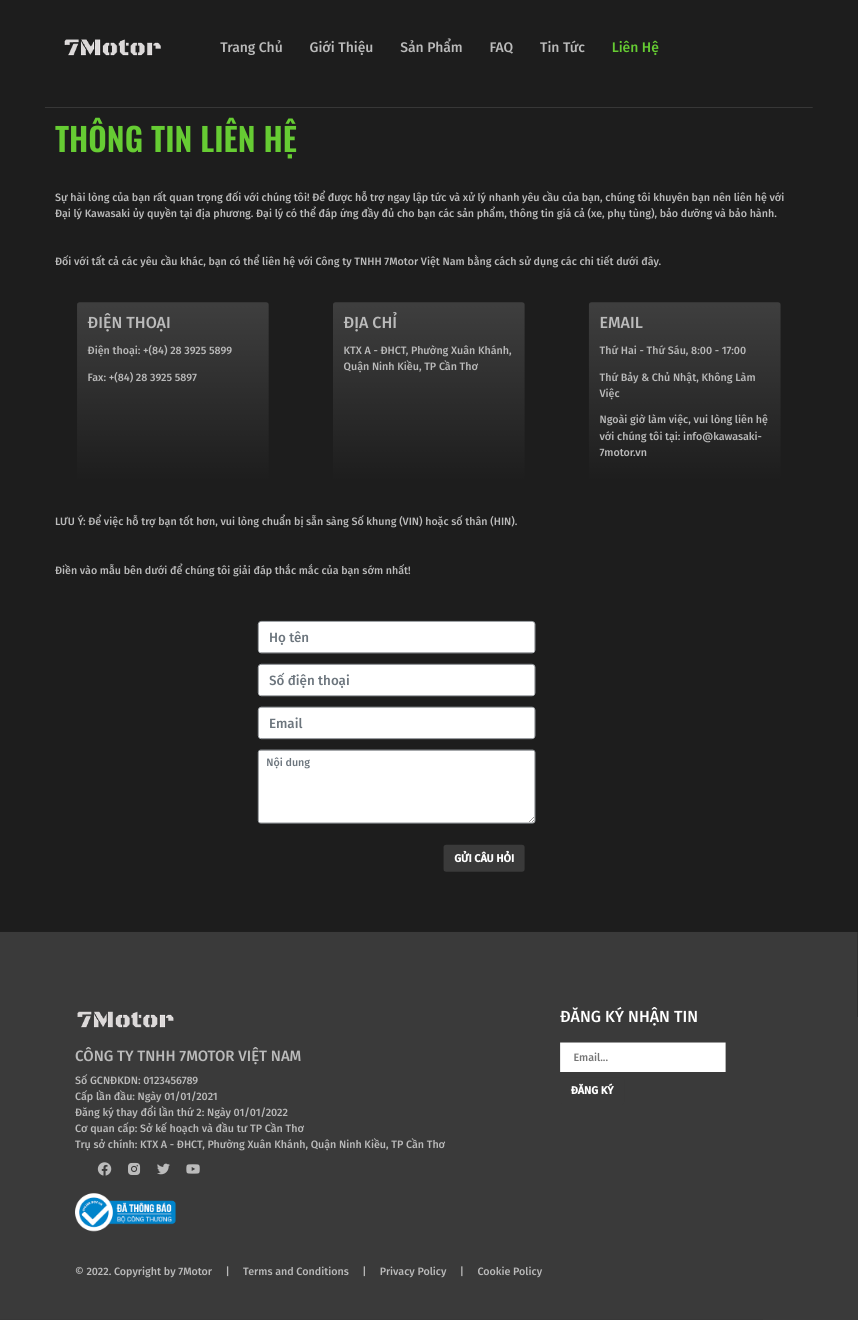
Repository: nntruong1907/SevenMotor
Page: contact.html
An editor plug-in stored every save of this project. The page is shown before and after the next save, followed by the edit.
The browser window is 1280 px wide. The pictures show the whole page, at 67% of full size.

Above is the page before, as saved 2022-04-06 10:09:18.
Console error: TypeError: Cannot read properties of undefined (reading 'classList')

### contact.html

<!DOCTYPE html>
<html lang="en">

<head>
    <meta charset="UTF-8">
    <meta http-equiv="X-UA-Compatible" content="IE=edge">
    <meta name="viewport" content="width=device-width, initial-scale=1.0">
    <title>7Motor | Liên hệ</title>
    <link rel="shortcut icon" type="image/icon" href="./img/seven.ico"/>
    <!-- bootstrap5 -->
    <link href="https://cdn.jsdelivr.net/npm/bootstrap@5.1.3/dist/css/bootstrap.min.css" rel="stylesheet">
    <script src="https://cdn.jsdelivr.net/npm/bootstrap@5.1.3/dist/js/bootstrap.bundle.min.js"></script>
    <!-- boxicons -->
    <link href='https://unpkg.com/boxicons@2.1.2/css/boxicons.min.css' rel='stylesheet'>
    <script src="https://unpkg.com/boxicons@2.1.2/dist/boxicons.js"></script>
    <!-- app css -->
    <link rel="stylesheet" href="./css/grid.css">
    <link rel="stylesheet" href="./css/app.css">
</head>

<body>

    <!-- header -->
    <header>
        <a href="#" class="logo">
            <img src="./img/7motor.png" alt="Logo">
        </a>
        <div class="main-menu-wrapper">
            <ul class="main-menu m-1">
                <li><a href="./index.html">Trang Chủ</a></li>
                <li><a href="./about.html">Giới thiệu</a></li>
                <li><a href="./products.html">Sản phẩm</a></li>
                <li><a href="./faq.html">FAQ</a></li>
                <li><a href="./news.html">Tin tức</a></li>
                <li><a href="#" class="active">Liên hệ</a></li>
            </ul>
        </div>

    </header>
    <!-- end header -->

    <!-- hero slide -->
    <div class="hero">
        <div class="container" id="hero-slide">
            <!-- slide item -->
            <div class="row mt-3">
                <hr/>
                <div class="col-12">
                    <div class="to-bot show-on-scroll">
                        <h3 class="main-title">Thông tin liên hệ</h3>
                    </div>

                    <div class="mt-5 to-top show-on-scroll">
                        Sự hài lòng của bạn rất quan trọng đối với chúng tôi! Để được hỗ trợ ngay lập tức và xử lý nhanh yêu cầu của bạn, chúng tôi khuyên bạn nên liên hệ với Đại lý Kawasaki ủy quyền tại địa phương. Đại lý có thể đáp ứng đầy đủ cho bạn các sản phẩm, thông tin giá cả (xe, phụ tùng), bảo dưỡng và bảo hành.
                    </div>
                    <div class="mt-5 to-top show-on-scroll">
                        Đối với tất cả các yêu cầu khác, bạn có thể liên hệ với Công ty TNHH 7Motor Việt Nam bằng cách sử dụng các chi tiết dưới đây.
                    </div>
                    <div class="row justify-content-around mt-5 to-top show-on-scroll">
                        <div class="col-3 bg-gradient p-3 rounded-top">
                            <h4 class="mb-3">ĐIỆN THOẠI</h4>
                            <p>Điện thoại: +(84) 28 3925 5899</p>
                            <p>Fax: +(84) 28 3925 5897</p>
                        </div>
                        <div class="col-3 bg-gradient p-3 rounded-top">
                            <h4 class="mb-3">ĐỊA CHỈ</h4>
                            <p>KTX A - ĐHCT, Phường Xuân Khánh, Quận Ninh Kiều, TP Cần Thơ</p>
                        </div>
                        <div class="col-3 bg-gradient p-3 rounded-top">
                            <h4 class="mb-3">EMAIL</h4>
                            <p>Thứ Hai - Thứ Sáu, 8:00 - 17:00</p>
                            <p>Thứ Bảy & Chủ Nhật, Không Làm Việc</p>
                            <p>Ngoài giờ làm việc, vui lòng liên hệ với chúng tôi tại: info@kawasaki-7motor.vn</p>
                        </div>
                    </div>
                    <div class="mt-5">
                        <p class="mt-5 to-top show-on-scroll">
                            LƯU Ý: Để việc hỗ trợ bạn tốt hơn, vui lòng chuẩn bị sẵn sàng Số khung (VIN) hoặc số thân (HIN).
                        </p>
                    </div>
                    <div class="mt-5">
                        <p class="mt-5 to-top show-on-scroll">
                            Điền vào mẫu bên dưới để chúng tôi giải đáp thắc mắc của bạn sớm nhất!
                        </p>
                    </div>
                    <form class="row mt-5 to-top show-on-scroll">
                        <div class="col-3"></div>
                        <div class="col-9">
                            <div class="w-50">
                                <div class="input-group input-group-lg m-3">
                                    <input type="text" class="form-control border-input" placeholder="Họ tên">
                                </div>
                                <div class="input-group input-group-lg m-3">
                                    <input type="text" class="form-control border-input" placeholder="Số điện thoại">
                                </div>
                                <div class="input-group input-group-lg m-3">
                                    <input type="text" class="form-control border-input" placeholder="Email">
                                </div>
                                <div class="input-group m-3">
                                    <textarea class="form-control border-input" rows="4" placeholder="Nội dung"></textarea>
                                </div>
                                <div class="text-lg-end">
                                    <button type="button" class="btn mt-3 border-input">Gửi câu hỏi</button>
                                </div>
                            </div>
                        </div>
                    </form>
                </div>
            </div>
            <!-- end slide item -->

            <!-- slide control -->
            <span class="slide-prev"></span>
            <span class="slide-next"></span>
            <!-- end slide control -->
        </div>
    </div>
    <!-- end hero slide -->

    <!-- footer section -->
    <footer>
        <div class="section-content">
            <div class="row">
                <div class="col-8">
                    <a href="#" class="logo">
                        <img src="./img/7motor.png" alt="">
                    </a>
                    <div class="mt-3">
                        <p class="text-uppercase" style="font-size: 1.4rem; margin-bottom: 0.5rem;">Công ty TNHH 7Motor Việt Nam</p>
                        <p class="m-0 ">Số GCNĐKDN: 0123456789</p>
                        <p class="m-0">Cấp lần đầu: Ngày 01/01/2021</p>
                        <p class="m-0">Đăng ký thay đổi lần thứ 2: Ngày 01/01/2022</p>
                        <p class="m-0">Cơ quan cấp: Sở kế hoạch và đầu tư TP Cần Thơ</p>
                        <p class="m-0">Trụ sở chính: KTX A - ĐHCT, Phường Xuân Khánh, Quận Ninh Kiều, TP Cần Thơ</p>
                    </div>
                    <ul class="socials mt-2">
                        <li><a href="#"><i class="bx bxl-facebook-circle"></i></a></li>
                        <li><a href="#"><i class='bx bxl-instagram-alt'></i></a></li>
                        <li><a href="#"><i class="bx bxl-twitter"></i></a></li>
                        <li><a href="#"><i class="bx bxl-youtube"></i></a></li>
                    </ul>
                    <div class="footer-logo">
                        <img src="./img/logo-da-thong-bao-bo-cong-thuong-mau-xanh.png" alt="">
                    </div>
                </div>
                <div class="col-3">
                    <h3 class="footer-header">
                        Đăng ký nhận tin
                    </h3>
                    <div class="subscribe-form mt-4">
                        <input type="text" name="" placeholder="Email...">
                        <button class="btn mt-2">Đăng ký</button>
                    </div>
                </div>
            </div>
            <div class="row mt-5">
                <div class="col-12 footer-copyright">
                    <span class="">
                        &copy; 2022. Copyright by 7Motor
                    </span> &nbsp; &nbsp; | &nbsp; &nbsp;
                    <a href="#" class="">
                        Terms and Conditions
                    </a href="#"> &nbsp; &nbsp; | &nbsp; &nbsp;
                    <a href="#" class="">
                        Privacy Policy
                    </a href="#"> &nbsp; &nbsp; | &nbsp; &nbsp;
                    <a href="#" class="">
                        Cookie Policy
                    </a href="#">
                </div>
            </div>
        </div>
    </footer>
    <!-- end footer section -->

    <!-- app js -->
    <script src="./js/app.js"></script>

</body>

</html>

### css/app.css
@font-face {
  font-family: OswaldSemiBold;
  src: url(../fonts/Oswald/Oswald-SemiBold.ttf);
}

@font-face {
  font-family: FiraSansMedium;
  src: url(../fonts/Fira_Sans/FiraSans-Medium.ttf);
}

@font-face {
  font-family: FiraSansLight;
  src: url(../fonts/Fira_Sans/FiraSans-Light.ttf);
}

:root {
  --main-color: #1d1d1d;
  --second-color: #3a3a3a;
  --txt-screen: #66cc33;
  --txt-color: #bbbbbb;
  --txt-white: #ffffff;
  --bg-black: #000;

  --form-bg: rgba(0, 0, 0, 0.8);
  --border-color: #66cc33;
  --form-color: #c6c6c6;
  --form-input-bg: rgba(2, 2, 2, 0.22);
  --boder-radius: 10px;

  --header-height: 144px;
  --header-padding: 93px;
}

* {
  padding: 0;
  margin: 0;
  box-sizing: border-box;
  user-select: none;
}

body {
  background-color: var(--main-color);
  color: var(--txt-color);
  font-family: FiraSansMedium, sans-serif;
  overflow-x: hidden;
}

a {
  text-decoration: none;
  color: unset;
  display: inline-block;
}

ul {
  list-style-type: none;
}

img {
  max-width: 100%;
}

header {
  height: var(--header-height);
  position: fixed;
  left: 0;
  top: 0;
  width: 100%;
  background-color: transparent;
  display: flex;
  align-items: center;
  justify-content: space-between;
  padding: 0 var(--header-padding);
  z-index: 99;
  transition: height 0.3s ease 0s, background-color 0.3s ease 0s;
}

header.shrink {
  height: 60px;
  background-color: var(--second-color);
}

.main-menu-wrapper {
  position: absolute;
  inset: 0;
  display: flex;
  align-items: center;
  justify-content: center;
  pointer-events: none;
}

.main-menu {
  display: flex;
  pointer-events: visible;
}

.main-menu > li > a {
  text-transform: capitalize;
  font-size: 1.3rem;
  color: var(--txt-color);
}

.main-menu > li > a.active {
  color: var(--txt-screen);
}

.main-menu > li ~ li {
  margin-left: 40px;
}

.main-menu > li > a:hover,
.user-menu > li > a:hover {
  color: var(--txt-screen);
}

.hero {
  padding-top: var(--header-height);
  position: relative;
}

.hero1 {
  padding-top: var(--header-height);
  position: relative;
}

.slide-container {
  height: 100%;
  position: relative;
}

.slide {
  display: flex;
  height: 0;
  overflow: hidden;
}

.slide.active {
  height: 100%;
}

.slide-img {
  width: 58%;
  padding-right: 60px;
  padding-top: 80px;
  z-index: 1;
}

.slide-img img {
  width: 100%;
  transform: rotate(-70deg);
  transform-origin: bottom;
  opacity: 0;
  transition: transform 1s cubic-bezier(0.175, 0.885, 0.32, 1.275),
    opacity 0.6s ease 0s;
}

.slide.active .slide-img img {
  transform: rotate(0);
  opacity: 1;
}

.slide-txt {
  width: 42%;
  padding-left: 60px;
}

.slide-title {
  width: max-content;
}

.slide-title > p {
  margin: 0px;
  padding: 0px;
  font-size: 2rem;
  font-family: OswaldSemiBold;
  color: var(--txt-screen);
  text-transform: capitalize;
}

.slide-title > h3 {
  font-size: 10.5rem;
  font-family: OswaldSemiBold;
  color: var(--txt-white);
  text-transform: capitalize;
  -webkit-text-fill-color: transparent;
  -webkit-text-stroke-width: 4px;
  transform: translateX(-200px);
  transition: transform 0.5s ease 0s;
}

.slide-title > h4 {
  font-size: 3.5rem;
  font-family: OswaldSemiBold;
  color: var(--txt-white);
  -webkit-text-fill-color: transparent;
  -webkit-text-stroke-width: 4px;
}

.slide.active .slide-title > h3 {
  transform: translateX(0);
}
.slide.active .slide-title > h4 {
  transform: translateX(0);
}
.slide-description,
.slide-btn {
  margin-top: 84px;
}

.slide-description > p {
  font-size: 1.4rem;
  transition-delay: 0.3s;
}

.hero-btn {
  font-size: 1.9rem;
  font-weight: 700;
  text-transform: uppercase;
  padding: 10px 50px;
  background-color: var(--txt-white);
  color: var(--main-color);
  transition: transform 0.3s ease 0s;
}

.slide-description > p,
.slide-btn {
  transform: translateY(100px);
  opacity: 0;
  transition: transform 0.5s ease 0s, opacity 0.5s ease 0s;
}

.slide.active .slide-description > p,
.slide.active .slide-btn {
  transform: translateY(0);
  opacity: 1;
}

.slide-btn {
  transition-delay: 0.6s;
}

.hero-btn:hover {
  transform: translateY(-10px);
  color: var(--txt-screen);
}

.hero-txt {
  position: absolute;
  text-transform: uppercase;
  font-family: OswaldSemiBold;
  font-size: 11.75rem;
  top: 203px;
  right: -182px;
  color: var(--second-color);
  transform: rotate(-90deg);
}

.hero-txt1 {
  position: absolute;
  text-transform: uppercase;
  font-family: OswaldSemiBold;
  font-size: 2rem;
  top: 440px;
  left: 60px;
  color: var(--second-color);
}

.hero-txt2 {
  position: absolute;
  text-transform: uppercase;
  font-family: OswaldSemiBold;
  font-size: 5rem;
  top: 470px;
  left: 100px;
  color: var(--txt-color);
}

.slide-control {
  display: flex;
  align-items: center;
  position: absolute;
  z-index: 98;
  bottom: 20px;
  left: 50%;
  transform: translateX(-50%);
}

.slide-control > li {
  font-size: 1.75rem;
  display: flex;
  align-items: center;
  cursor: pointer;
  transition: transform 0.3s ease 0s;
}

.slide-control > li.active {
  transform: scale(1.5);
  color: var(--txt-white);
}

.slide-control > li ~ li {
  margin-left: 30px;
}

.slide-control > li:hover {
  color: var(--txt-white);
}

.section {
  padding: 12rem 0 0;
}

.section-content {
  padding: 7rem 7rem 0;
}

.section-title {
  font-family: OswaldSemiBold;
  text-align: center;
  position: relative;
}

.infor-title {
  margin: 3rem 0;
  font-family: OswaldSemiBold;
  text-align: center;
  position: absolute;
}

.section-title > h3 {
  text-transform: uppercase;
}

.infor-title > p {
  font-size: 3rem;
  text-transform: uppercase;
  color: var(--txt-screen);
}

.second-title {
  font-size: 5rem;
  color: var(--txt-screen);
  position: absolute;
  left: 20%;
  bottom: 100%;
  z-index: -1;
  font-family: OswaldSemiBold;
}

.main-title {
  font-size: 3rem;
  z-index: 1;
  color: var(--txt-screen);
  text-transform: uppercase;
  font-family: OswaldSemiBold;
}

.category-img {
  padding: 4rem;
  height: 600px;
  overflow: hidden;
  position: relative;
  cursor: pointer;
}

.category-img-inner {
  position: absolute;
  top: 0;
  left: 0;
  height: 100%;
  width: 100%;
  background-position: bottom;
  background-size: cover;
  transition: transform 1s ease 0s;
}

.category-img:hover .category-img-inner {
  transform: scale(1.3);
}

.category-title {
  font-size: 4.5rem;
  font-weight: 700;
  font-family: OswaldSemiBold;
  padding: 2rem;
  position: absolute;
  bottom: 0;
  color: var(--txt-white);
  text-transform: capitalize;
}

.btn-wrapper {
  position: absolute;
  right: 7rem;
  top: 50%;
  transform: translateY(-50%);
}

.btn {
  padding: 0.5rem 1rem;
  border: none;
  outline: none;
  text-transform: uppercase;
  font-weight: 700;
  cursor: pointer;
  background-color: var(--second-color);
  color: var(--txt-white);
  transition: all 0.3s ease 0s;
}

.btn:hover {
  background-color: #66cc33;
  color: var(--second-color);
}

.product-card {
  padding: 20px;
  text-align: center;
  border-radius: 1rem;
  transition: background-color 0.3s ease 0s;
}

.product-card:hover {
  background-color: var(--bg-black);

}

.product-card > a:hover {
  color: var(--txt-screen);
}

.product-card-img {
  margin-bottom: 20px;
}

.product-name {
  font-size: 2rem;
  text-transform: uppercase;
  margin-bottom: 10px;
}

.product-card-large .product-name {
  font-size: 3rem;
}

.product-price {
  font-weight: 700;
  color: var(--txt-white);
  margin-bottom: 20px;
  display: block;
}

.product-card-large .product-price {
  font-size: 2rem;
}

.product-card-large .btn {
  font-size: 1.5rem;
  padding: 1rem 2rem;
}

.col-center {
  display: flex;
  align-items: center;
}

.special-section {
  position: relative;
  margin-bottom: 290px;
  padding-top: 4rem;
}

.special-section > .section-title {
  text-align: right;
  padding: 4rem 7rem;
  background-color: var(--bg-black);
}

.special-section .second-title {
  position: relative;
  font-size: 3.5rem;
  color: var(--txt-white);
  left: 0;
  z-index: unset;
}

.special-section .main-title {
  font-size: 9rem;
  -webkit-text-stroke-width: 2px;
  -webkit-text-fill-color: transparent;
}

.special-section .section-title .btn {
  position: relative;
  right: unset;
  top: unset;
  font-size: 2rem;
}

.special-section .special-price {
  font-size: 3rem;
  color: var(--txt-white);
  margin-bottom: 2rem;
}

.special-img {
  width: 50%;
  position: absolute;
  left: 7rem;
  bottom: -290px;
}

.news-card {
  padding: 20px;
}

.news-card-img {
  width: 100%;
  padding-top: 100%;
  position: relative;
}

.img-wrapper,
.img-wrapper .img {
  position: absolute;
  inset: 0;
  overflow: hidden;
}

.img-wrapper .img {
  background-position: center;
  background-size: cover;
  transition: transform 0.5s ease 0s;
}

.news-card:hover .img {
  transform: scale(1.2);
}

.news-card-img,
.news-title,
.news-preview {
  margin-bottom: 20px;
}

.news-title {
  font-size: 2rem;
  color: var(--txt-white);
}

.news-title > a:hover {
  color: var(--txt-screen);
}

footer {
  background-color: var(--second-color);
  margin-top: 90px;
  padding-bottom: 60px;
}

.footer-description {
  margin: 30px 0;
}

.socials {
  display: flex;
}

.socials > li ~ li {
  margin-left: 20px;
}

.socials > li > a {
  font-size: 1.5rem;
}

.socials > li > a:hover {
  color: var(--txt-white);
}

.footer-menu > li ~ li {
  margin-top: 20px;
}

.footer-menu > li > a {
  font-size: 1.5rem;
  text-transform: uppercase;
}

.footer-menu > li > a:hover {
  color: var(--txt-white);
}

.subscribe-form > input {
  border: none;
  outline: none;
  padding: 10px 20px;
}

.footer-logo {
  width: 150px;
}

.footer-header {
  font-size: 1.5rem;
  text-transform: uppercase;
  color: var(--txt-white);
}

.footer-copyright > a:hover {
  color: var(--txt-screen);
}

.to-right {
  transform: translateX(-200px);
}

.to-left {
  transform: translateX(200px);
}

.to-right,
.to-left,
.to-top,
.to-bot {
  opacity: 0;
  transition: all 1.5s ease 0s;
}

.to-right.show,
.to-left.show {
  opacity: 1;
  transform: translateX(0);
}

.to-top {
  transform: translateY(100px);
}

.to-top.show {
  transform: translateY(0);
  opacity: 1;
}

.to-bot {
  transform: translateY(-50px);
}

.to-bot.show {
  transform: translateY(0);
  opacity: 1;
}

.text-min > p {
  margin: 0.5rem 0;
  padding: 0 0.5rem 0 0;
  font-size: 0.8rem;
  color: var(--second-color);
}

.thuvien {
  padding: 9rem 0 0;
}
.thuvien-content {
  padding: 1rem 0;
}

.thuvien-img {
  height: 400px;
  overflow: hidden;
  position: relative;
  cursor: pointer;
}

.thuvien-img-inner {
  position: absolute;
  top: 0;
  left: 0;
  height: 100%;
  width: 100%;
  background-position: bottom;
  background-size: cover;
  transition: transform 1s ease 0s;
}

.thuvien-img:hover .thuvien-img-inner {
  transform: scale(1.2, 1.1);
}


.post-item {
  width: 2rem;
  height: 2rem;
  border-radius: 50px;
  border-style: solid;
}
.post-item i {
  font-size: 2rem;
}
.post-item i:hover {
  color: #fff;
  border-radius: 50px;
}
.post-item i:hover {
  color: #fff;
  border-radius: 50px;
}

.news-text > p {
  margin-left: 8rem;
  width: 66rem;
}

.promotion {
  position: relative;
  margin-top: 10rem;
  padding-right: 4rem;
}

.promotion-title {
  width: fit-content;
  background-color: #ffffff;
}

.promotion-title > h4 {
  color: #66cc33;
  padding: 2rem 2rem;
}

.promotion-title > p {
  color: #000;
  padding: 0 2rem 2rem 2rem;
}

.news-info {
  margin-top: 3rem;
}

.product-title {
  margin: 5rem 0 0rem 0;
  z-index: 1;
  font-size: 3.5rem;
  color: var(--txt-color);
  text-transform: uppercase;
  font-family: OswaldSemiBold;
}
.text-green {
  color: var(--txt-screen);
}

.img-size {
  margin: auto;
  max-width: 900px;
}

.border-input {
  outline: none;
}

.form-control {
  border:
}

Loaded but not shown: js/app.js (88 lines, source omitted); css/grid.css (57 lines, source omitted)

After the next save:
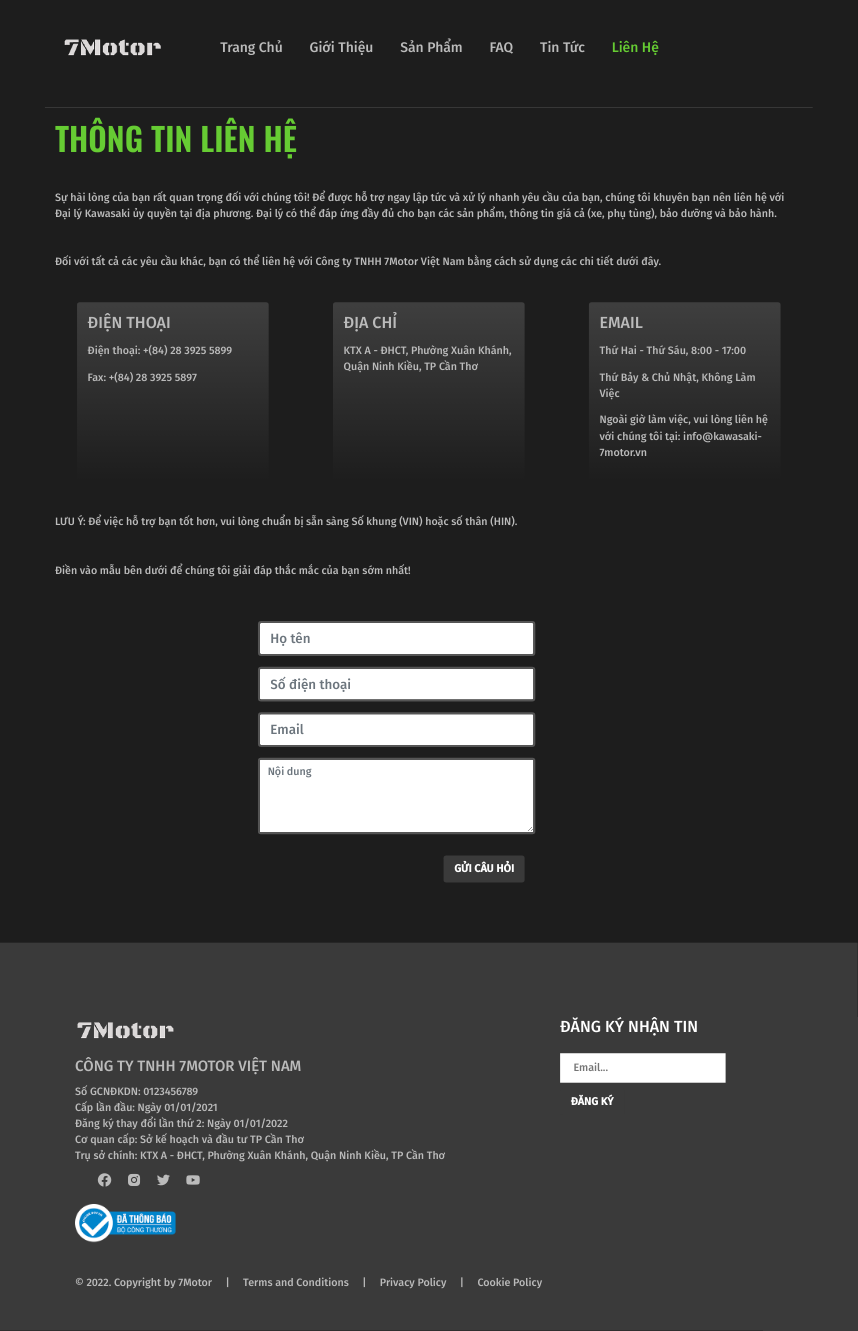
Saved 21 s later.
--- a/css/app.css
+++ b/css/app.css
@@ -757,5 +757,5 @@
 }
 
 .form-control {
-  border:
-}
+  border: 3px solid #555;
+}

After the 5 saves that followed:
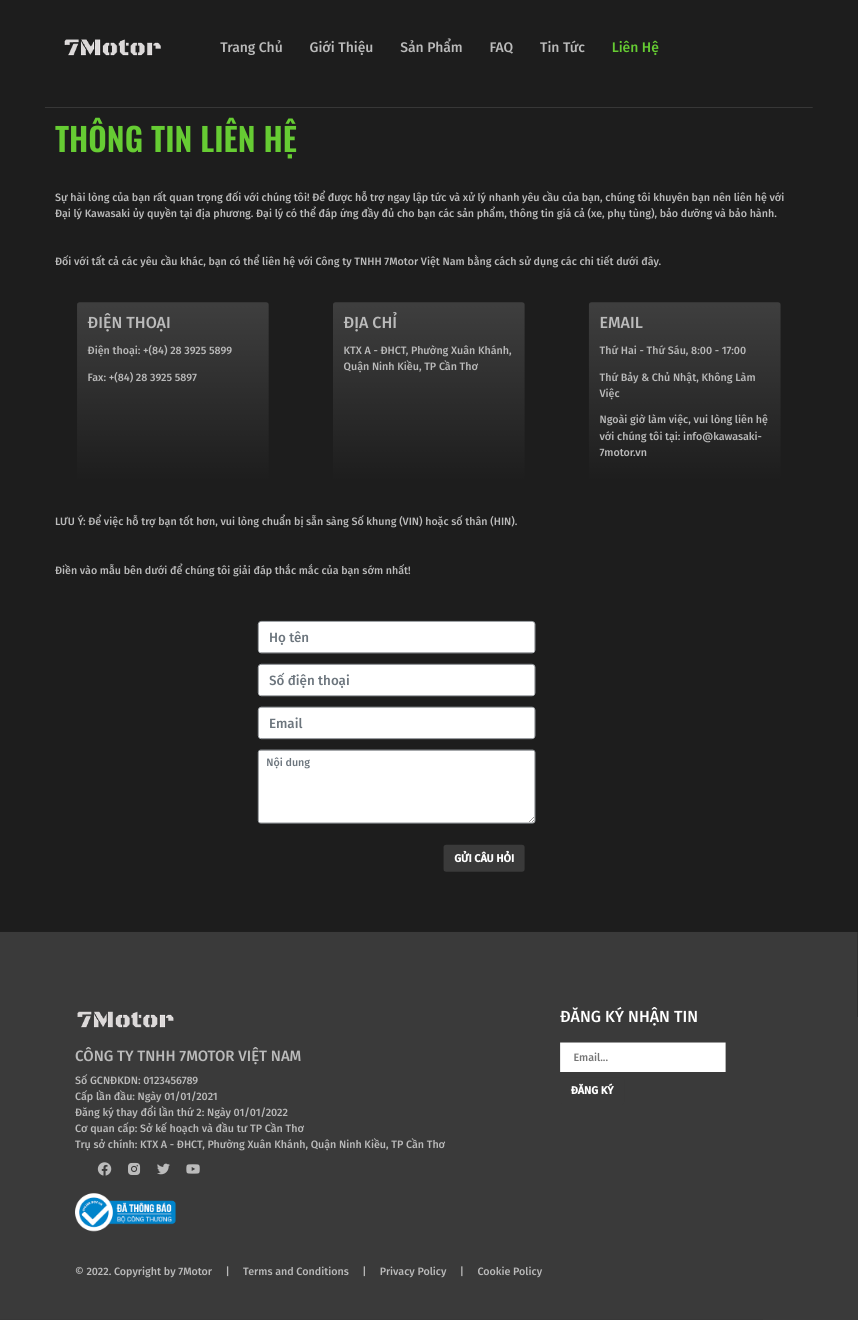
The 5 saves are shown as one change because they came seconds apart.
The last was saved 12 s later.
--- a/css/app.css
+++ b/css/app.css
@@ -756,6 +756,6 @@
   outline: none;
 }
 
-.form-control {
+.border-input:focus {
   border: 3px solid #555;
 }
